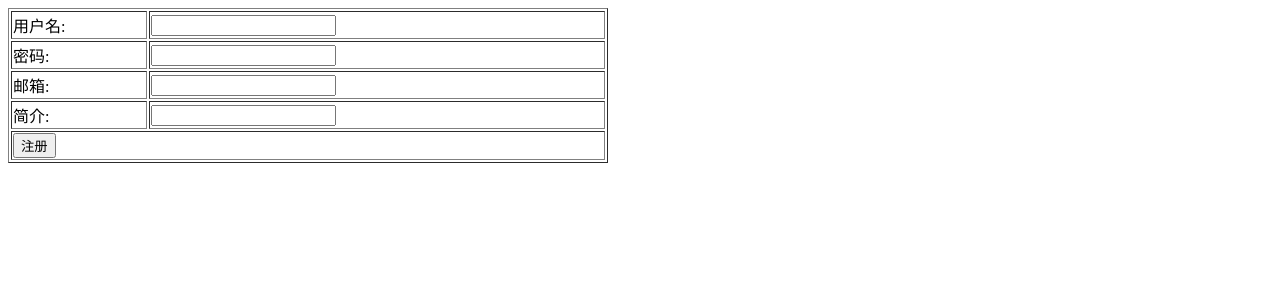
Repository: ChengqunYang/JAVA
Page: http://localhost/ajax/Demo03.jsp
An editor plug-in stored every save of this project. The page is shown before and after the next save, followed by the edit.
The browser window is 1280 px wide. The pictures show the whole page.
The page is served by Tomcat 9.

Above is the page before, as saved 2019-04-22 10:33:52.

After the next save:
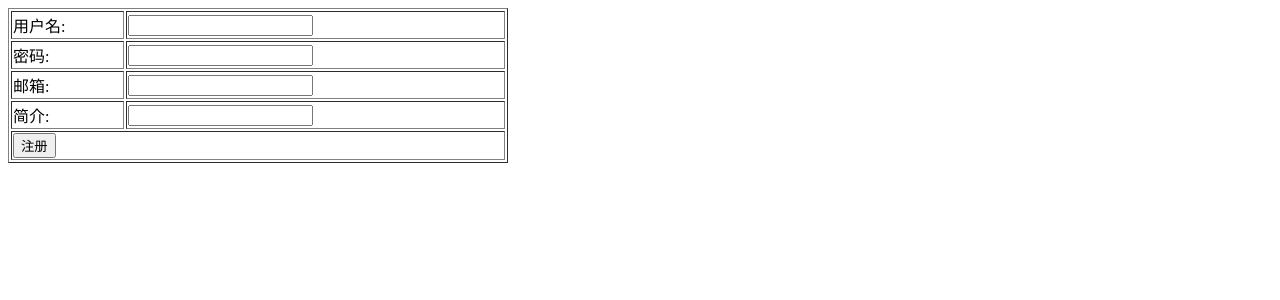
Saved 5 s later.
--- a/ajax/WebContent/Demo03.jsp
+++ b/ajax/WebContent/Demo03.jsp
@@ -7,7 +7,7 @@
 <title>Insert title here</title>
 </head>
 <body>
-	<table border="1" width="600px">
+	<table border="1" width="500px">
 		<tr>
 			<td>用户名:</td>
 			<td><input type="text" name=""></td>
